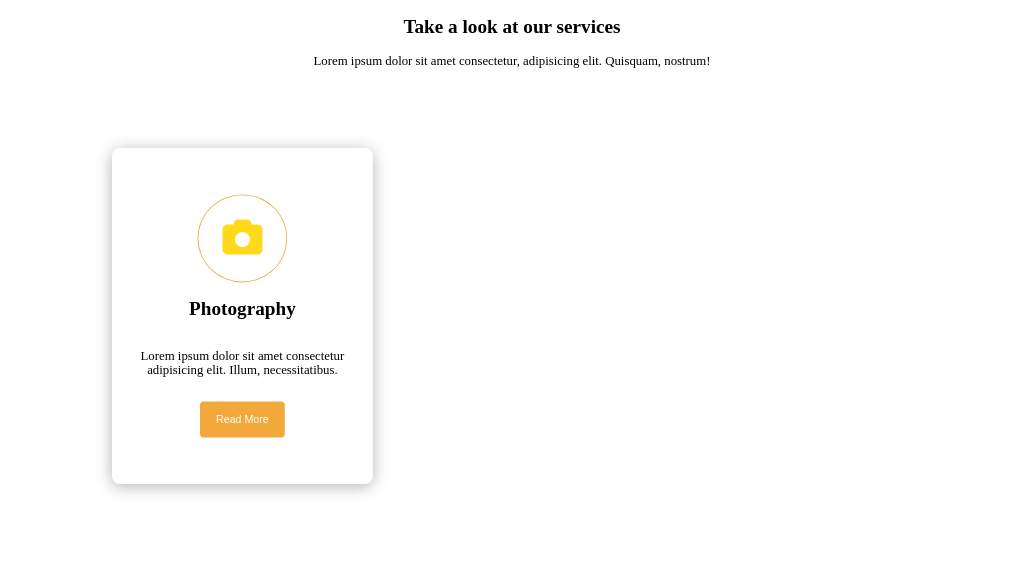
Repository: truongtn04/f8-fullstack-k5
Page: day05/ex03.html
These files come from the project's save history. The page is drawn as it stood at one moment and after the next save; the edit follows.
The browser window is 1280 px wide. The pictures show the whole page, at 80% of full size.

Above is the page before, as saved 2023-12-04 11:53:03.

After the next save:
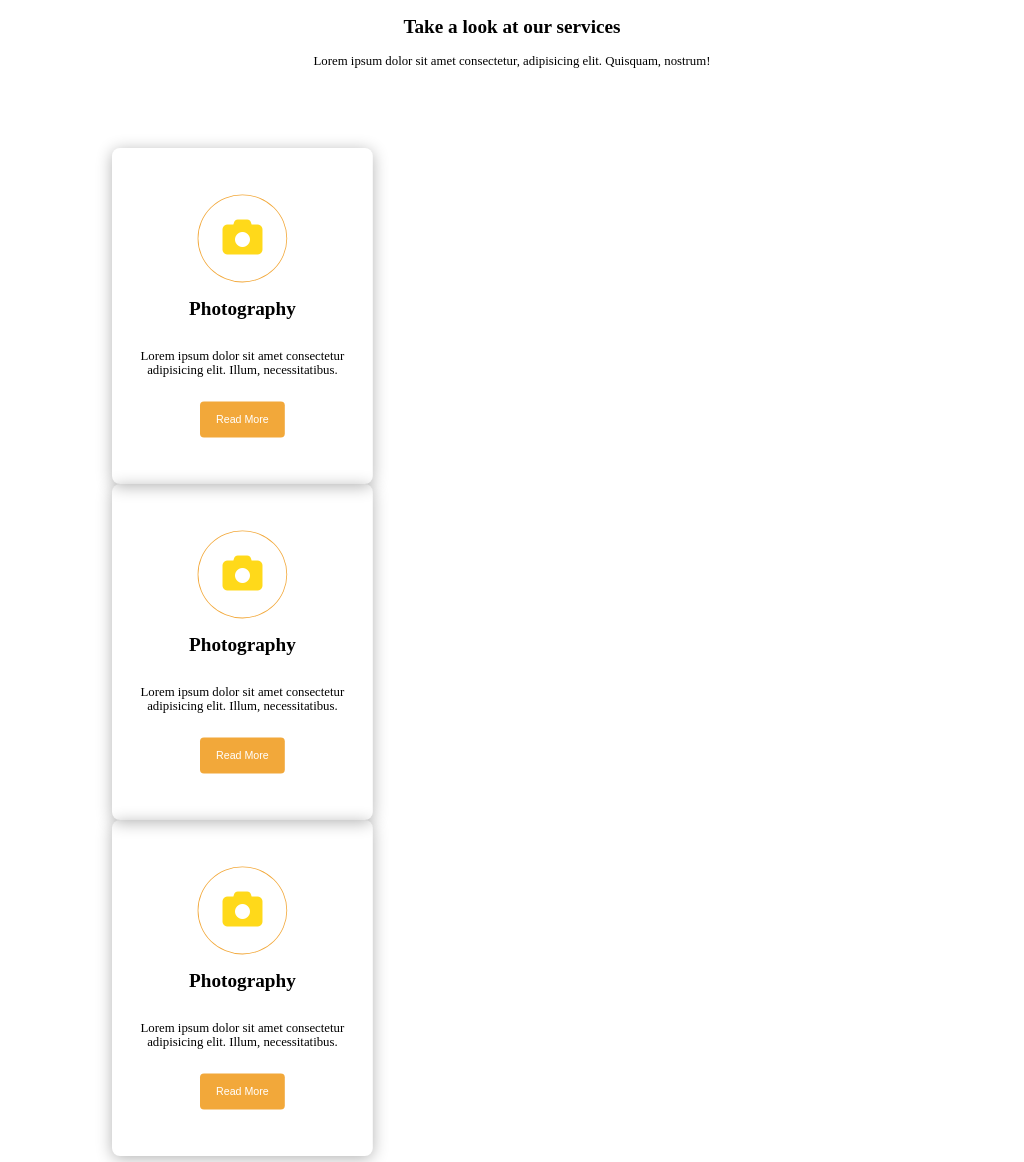
Saved 15 s later.
--- a/day05/ex03.html
+++ b/day05/ex03.html
@@ -18,6 +18,18 @@
                 <p>Lorem ipsum dolor sit amet consectetur adipisicing elit. Illum, necessitatibus.</p>
                 <button>Read More</button>
             </div>
+            <div class="item">
+                <span><i class="fa-solid fa-camera" style="color: #ffd91a;"></i></span>
+                <h2>Photography</h2>
+                <p>Lorem ipsum dolor sit amet consectetur adipisicing elit. Illum, necessitatibus.</p>
+                <button>Read More</button>
+            </div>
+            <div class="item">
+                <span><i class="fa-solid fa-camera" style="color: #ffd91a;"></i></span>
+                <h2>Photography</h2>
+                <p>Lorem ipsum dolor sit amet consectetur adipisicing elit. Illum, necessitatibus.</p>
+                <button>Read More</button>
+            </div>
         </div>
     </section>
 </body>
